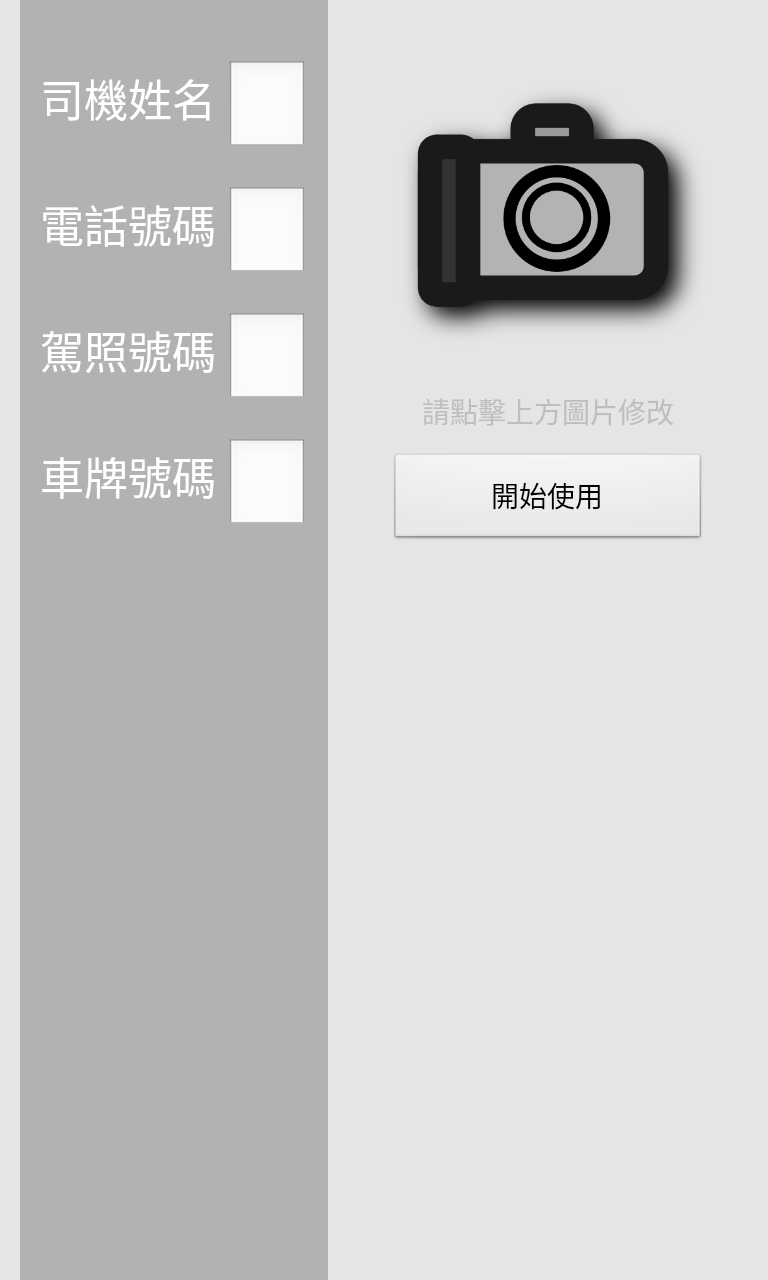
Repository: chsien/MrTaxi_Driver
Layout: MrTaxiDriver/res/layout/sum.xml
These files come from the project's save history. The layout is drawn as it stood at one moment and after the next save; the edit follows.
It is drawn on a 768 x 1280 px phone screen (xhdpi) without system bars, with theme android:Theme; the app's code is not run.

Above is the layout before, as saved 2012-06-22 13:16:03.

After the next save:
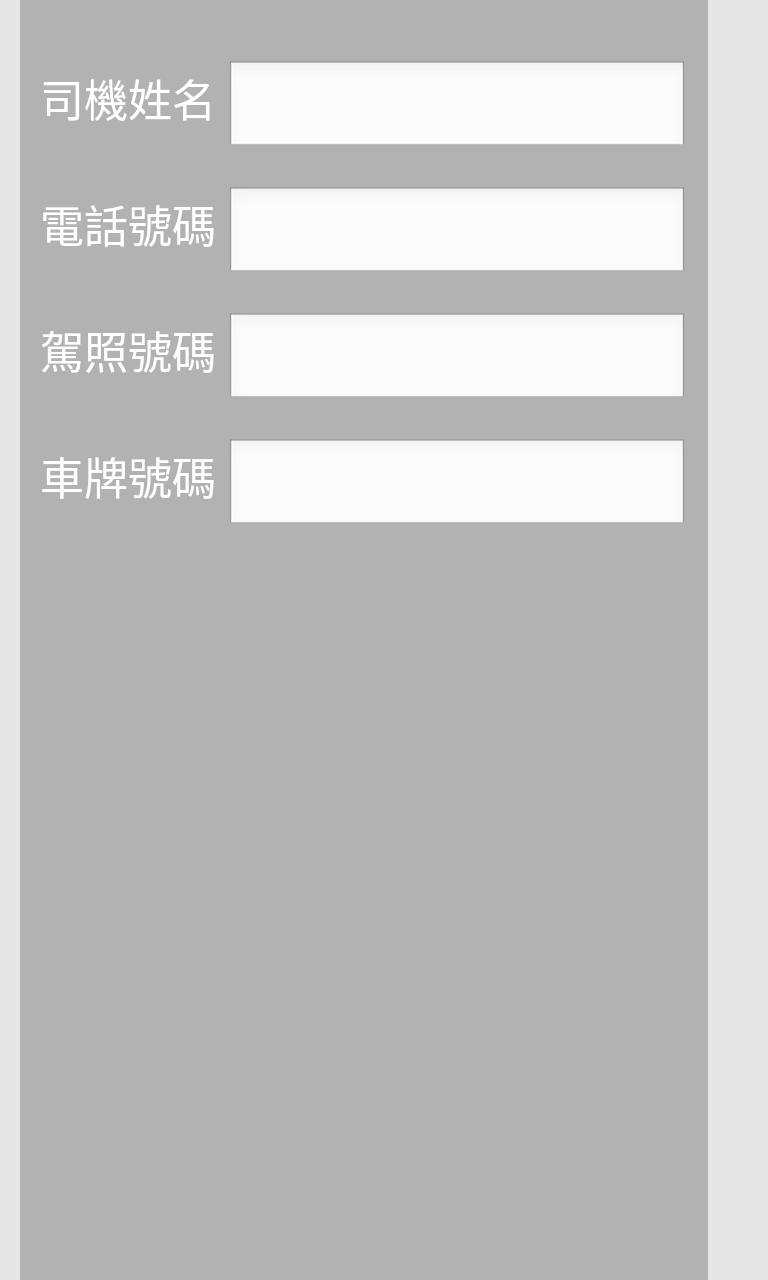
Saved 3 min 58 s later.
--- a/MrTaxiDriver/res/layout/sum.xml
+++ b/MrTaxiDriver/res/layout/sum.xml
@@ -11,15 +11,13 @@
 	    android:background="#ffe5e5e5">
 
 
-
 	    <LinearLayout
 	        android:layout_width="match_parent"
 	        android:layout_height="match_parent"
+	        android:layout_marginLeft="10dp"
 	        android:layout_marginRight="30dp"
-	        android:layout_marginLeft="10dp"
-	        android:orientation="vertical"
-	        android:layout_weight="1"
-	        android:background="#ffb2b2b2">
+	        android:background="#ffb2b2b2"
+	        android:orientation="vertical" >
 
 	        <LinearLayout
 	            android:layout_width="match_parent"
@@ -128,68 +126,6 @@
 	        </LinearLayout>
 	    </LinearLayout>
 
-	    <LinearLayout
-	        android:layout_width="wrap_content"
-	        android:layout_height="wrap_content"
-	        android:layout_marginTop="15dp"
-	        android:layout_weight="0"
-	        android:orientation="vertical"
-	        android:layout_marginRight="30dp"
-	        android:paddingTop="10dp">
-
-	        <LinearLayout
-	        android:layout_width="wrap_content"
-	        android:layout_height="wrap_content"
-	        android:layout_gravity="center_horizontal"
-	        android:orientation="vertical" >
-
-	        <ImageView
-	            android:id="@+id/imageView_photo"
-	            android:layout_width="160dp"
-	            android:layout_height= "160dp"
-	            android:layout_gravity="center_horizontal"
-	            android:scaleType="fitXY"
-	            android:src="@drawable/default_photo" />
-
-	        <View
-	            android:id="@+id/view_shadow"
-	            android:layout_width="match_parent"
-	            android:layout_height="8dp"
-	            android:layout_below="@+id/buildingsList"
-	            android:background="@drawable/shape_drop_shadow"
-	            android:visibility="invisible"/>
-
-	        </LinearLayout>
-
-
-	        <TextView
-	            android:id="@+id/textView_photoTip"
-	            android:layout_width="wrap_content"
-	            android:layout_height="wrap_content"
-	            android:layout_gravity="center_horizontal|bottom"
-	            android:layout_marginTop="2dp"
-	            android:text="@string/register_textViewContent_photoTip"
-	            android:textAppearance="?android:attr/textAppearanceSmall" />
-
-	        <LinearLayout
-	        	android:layout_width="match_parent"
-	        	android:layout_height="wrap_content"
-	        	android:orientation="vertical" >
-
-	        	<Button
-	            	android:id="@+id/button_request"
-	            	android:layout_width="160dp"
-	            	android:layout_height="wrap_content"
-	            	android:layout_gravity="center_horizontal"
-	            	android:layout_marginBottom="3dp"
-	            	android:layout_marginTop="10dp"
-	            	android:layout_marginRight="2dp"
-	            	android:layout_marginLeft="2dp"
-	            	android:text="@string/register_buttonContent_request" />
-	    	</LinearLayout>
-
-	    </LinearLayout>
-
 
 
 	</LinearLayout>
